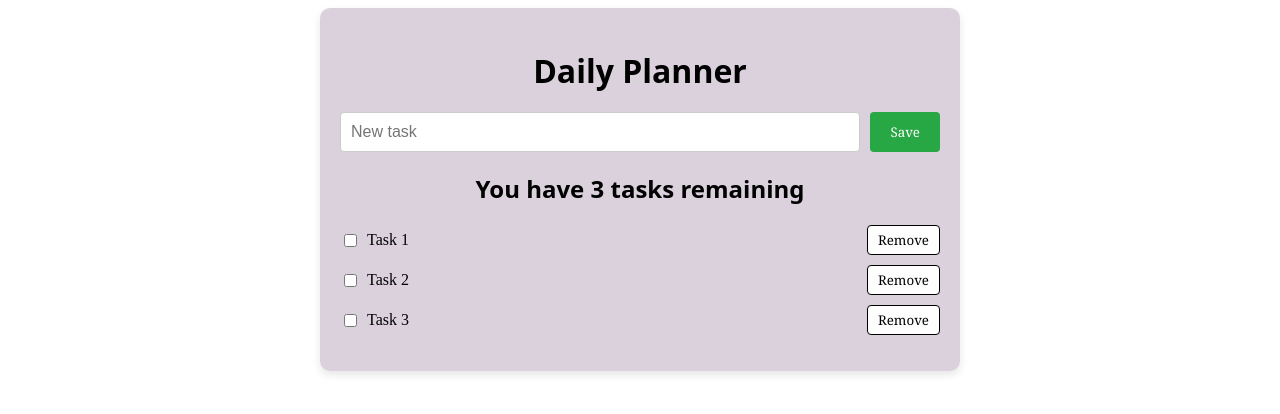
Repository: k8ANStar/lab04-daily-planner
Page: /
The author's editor kept a copy of each file at every save. The page is drawn from the files as they stood at one save, then again after a run of saves.
The browser window is 1280 px wide. The pictures show the whole page.
The project was rebuilt for these pictures with package versions that can differ from the ones it lists, and the page was loaded fresh each time. Also part of the build but not shown: vite.config.js.

Above is the page before, as saved 2024-10-13 12:41:22.

After the next 2 saves:
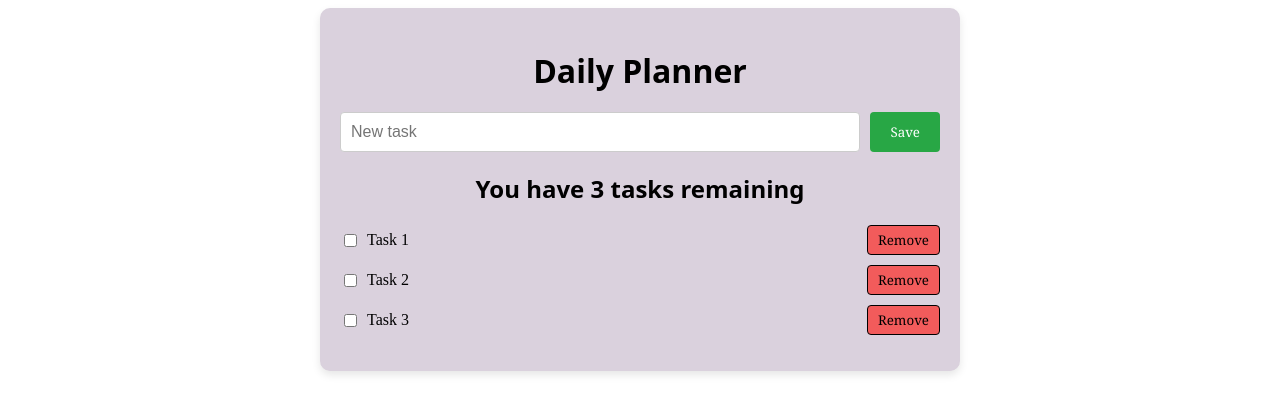
The 2 saves are shown as one change because they came seconds apart.
The last was saved 10 s later.
--- a/src/App.css
+++ b/src/App.css
@@ -71,7 +71,7 @@ h2 {
 
 .remove-btn {
 	padding: 5px 10px;
-	background-color: #fefefe;
+	background-color: #f25b5b;
 	color: rgb(0, 0, 0);
 	border: solid 1px;
 	border-radius: 4px;
